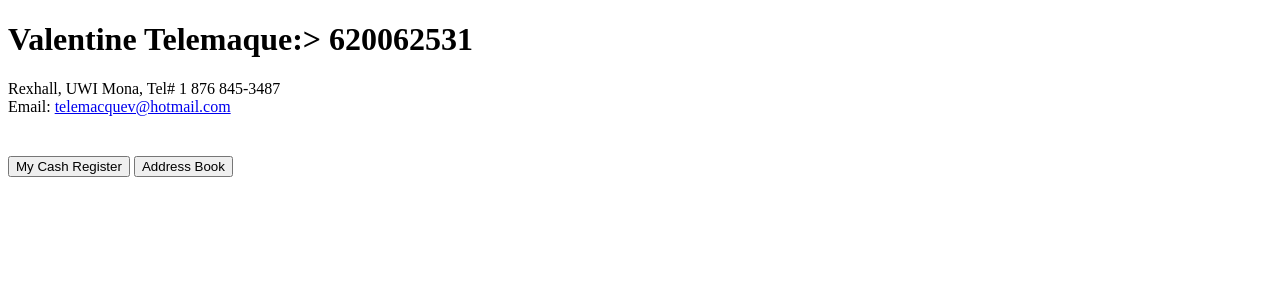
Repository: telemacquev/info2180project1
Page: index.html
The author's editor kept a record of every edit. The page is drawn from the files as they stood at one moment, then again after the next edit.
The browser window is 1280 px wide. The pictures show the whole page.

Above is the page before.

After the next edit:
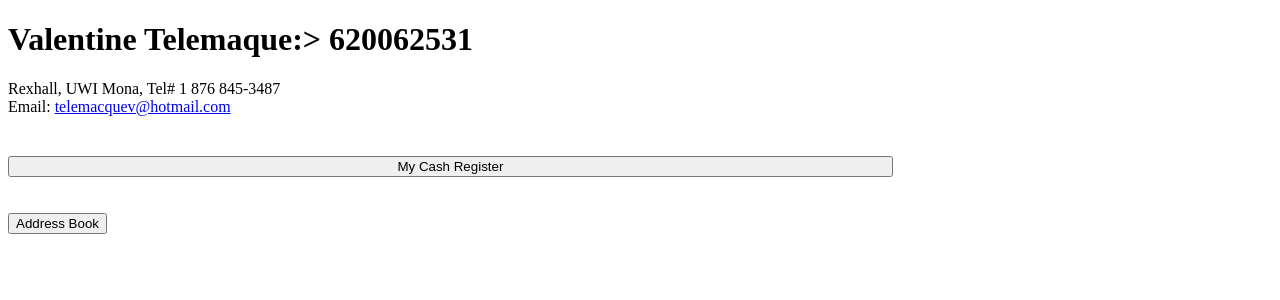
The edit:
--- a/index.html
+++ b/index.html
@@ -18,7 +18,8 @@
 
 
 
-        <input type="button" onclick="runMe()" value="My Cash Register">
+        <input id="heading" type="button" onclick="runMe()" value="My Cash Register">
+        <br> <br> <br>
         <input type="button" onclick="runMe2()" value="Address Book">
     </body>
 </html>
